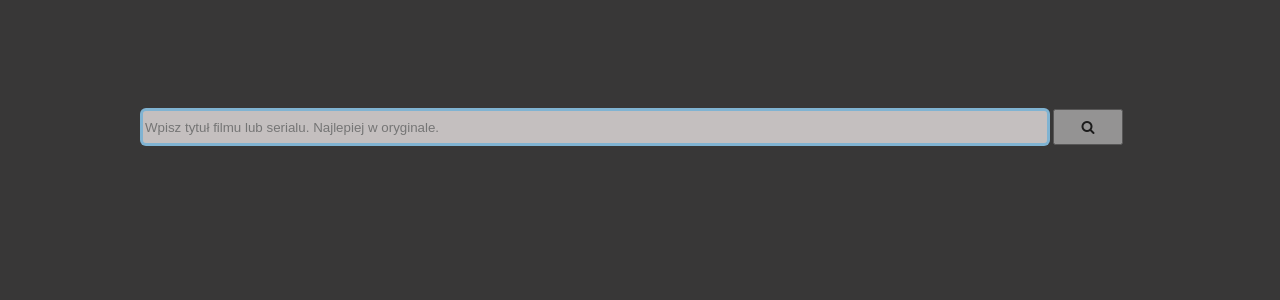
Repository: kq333/wyszukiarka-filmowa
Page: index.html
These files come from the project's save history. The page is drawn as it stood at one moment and after the next save; the edit follows.
The browser window is 1280 px wide. The pictures show the whole page.
The style sheet was rebuilt from its Sass, Less or Tailwind sources for each picture, by a compiler version that may differ from the author's.

Above is the page before, as saved 2021-01-21 00:13:48.

After the next save:
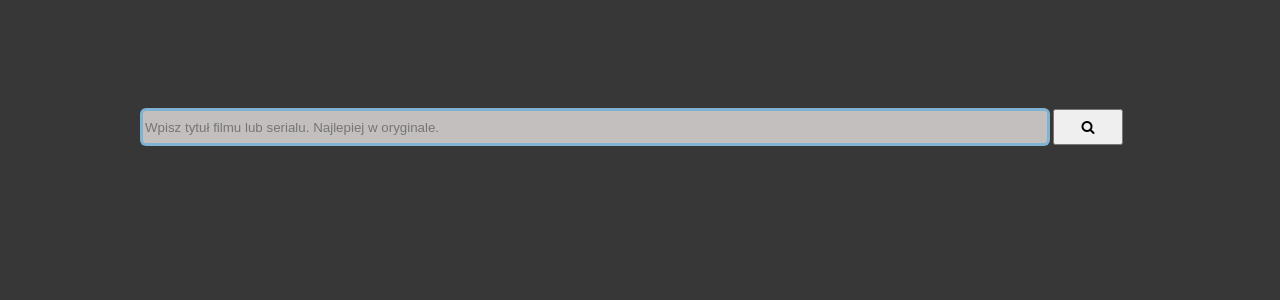
Saved 4 min 40 s later.
--- a/style/style.scss
+++ b/style/style.scss
@@ -69,8 +69,7 @@ body{
         width: 70px;
         height: 36px;
         cursor: pointer;
-        opacity: 0.5;
-        pointer-events: none;
+
 
         &::before{
             font: normal normal normal 14px/1 FontAwesome;
